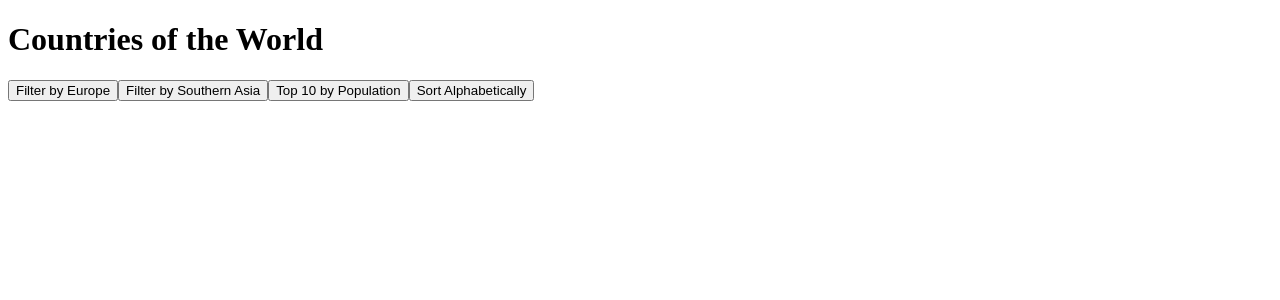
Repository: GavinPahal/Labweek10
Page: /
An editor plug-in stored every save of this project. The page is shown before and after the next save, followed by the edit.
The browser window is 1280 px wide. The pictures show the whole page.
The page's requests for data from a server got no answer. The project was rebuilt for these pictures with package versions that can differ from the ones it lists, and the page was loaded fresh each time. No one was signed in, and anything a server would have sent is missing. Also part of the build but not shown: vite.config.js, src/components/Country.jsx.

Above is the page before, as saved 2024-11-08 22:22:20.

After the next save:
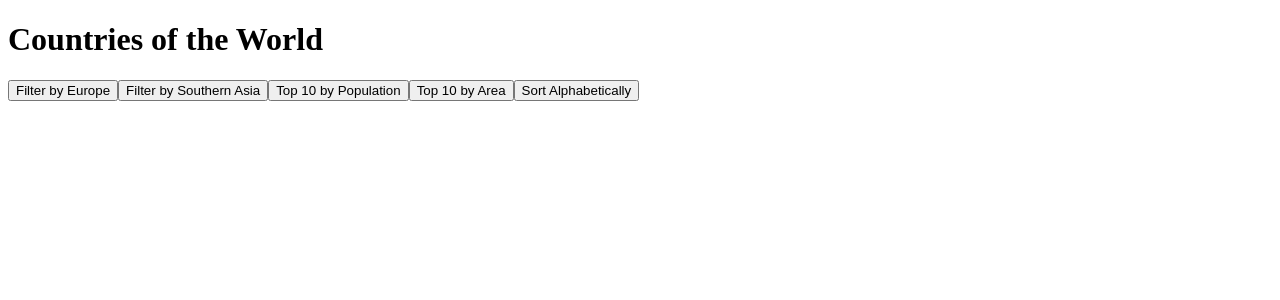
Saved 48 min 37 s later.
--- a/src/App.jsx
+++ b/src/App.jsx
@@ -1,5 +1,6 @@
 import React, { useState, useEffect } from 'react';
 import Countries from './components/Countries';
+import './App.css';
 
 function App() {
   const [countries, setCountries] = useState([]);
@@ -40,12 +41,15 @@ function App() {
   };
 
   return (
-    <div>
+    <div className="app">
       <h1>Countries of the World</h1>
-      <button onClick={() => filterByContinent('Europe')}>Filter by Europe</button>
-      <button onClick={() => filterBySubregion('Southern Asia')}>Filter by Southern Asia</button>
-      <button onClick={() => top10('population')}>Top 10 by Population</button>
-      <button onClick={sortAlphabetically}>Sort Alphabetically</button>
+      <div className="filters">
+        <button onClick={() => filterByContinent('Europe')}>Filter by Europe</button>
+        <button onClick={() => filterBySubregion('Southern Asia')}>Filter by Southern Asia</button>
+        <button onClick={() => top10('population')}>Top 10 by Population</button>
+        <button onClick={() => top10('area')}>Top 10 by Area</button>
+        <button onClick={sortAlphabetically}>Sort Alphabetically</button>
+      </div>
       <Countries countries={filteredCountries} />
     </div>
   );
